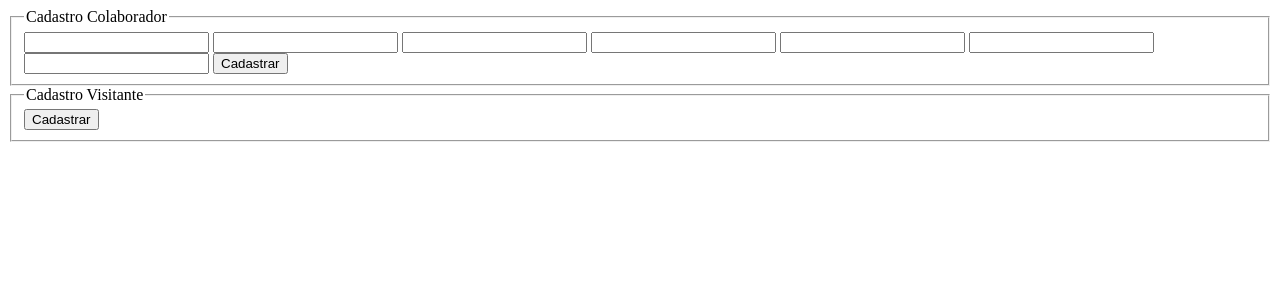
Repository: tdex/cmproject
Page: http://localhost/cmproject/
An editor plug-in stored every save of this project. The page is shown before and after the next save, followed by the edit.
The browser window is 1280 px wide. The pictures show the whole page.
The page is served by Tomcat 9. Other server files are loaded and not shown.

Above is the page before, as saved 2015-06-16 15:08:27.

### codigo/cmproject/cmproject/WebContent/index.jsp
<%@ page language="java" contentType="text/html; charset=UTF-8"
	pageEncoding="UTF-8"%>
<!DOCTYPE html>
<html>
<head>
<meta charset=UTF-8>
<title>Insert title here</title>
</head>
<body>
	<form action="validaColaborador.jsp" method="get">
		<fieldset>
			<legend>Cadastro Colaborador</legend>
			<input type="text" name="nome">
			<input type="text" name="telefone">
			<input type="text" name="cpf">
			<input type="text" name="email" required>
			<input type="text" name="senha" required>
			<input type="text" name="endereco">
			<input type="text" name="tipoAcesso" required>
			<input type="submit" value="Cadastrar">
		</fieldset>
	</form>

	<form action="validaVisitante.jsp" method="get">
		<fieldset>
			<legend>Cadastro Visitante</legend>
			<input type="submit" value="Cadastrar">
		</fieldset>
	</form>

</body>
</html>

After the next save:
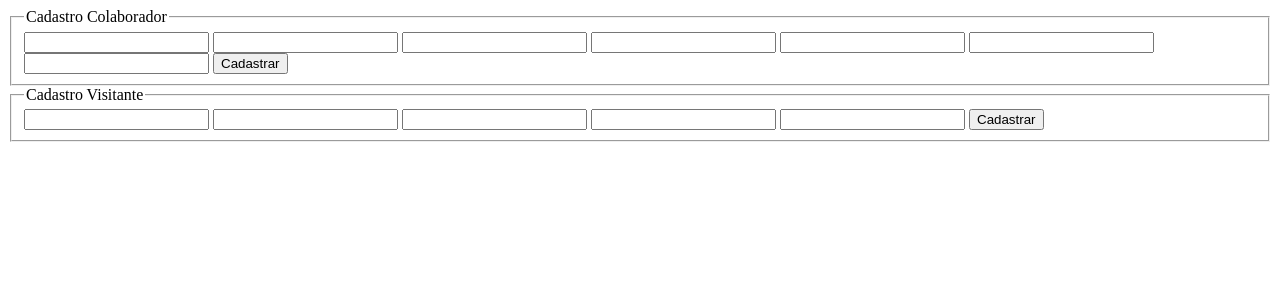
Saved 63 s later.
--- a/codigo/cmproject/cmproject/WebContent/index.jsp
+++ b/codigo/cmproject/cmproject/WebContent/index.jsp
@@ -24,6 +24,11 @@
 	<form action="validaVisitante.jsp" method="get">
 		<fieldset>
 			<legend>Cadastro Visitante</legend>
+			<input type="text" name="nome">
+			<input type="text" name="telefone">
+			<input type="text" name="email">
+			<input type="text" name="senha">
+			<input type="text" name="endereco">
 			<input type="submit" value="Cadastrar">
 		</fieldset>
 	</form>
